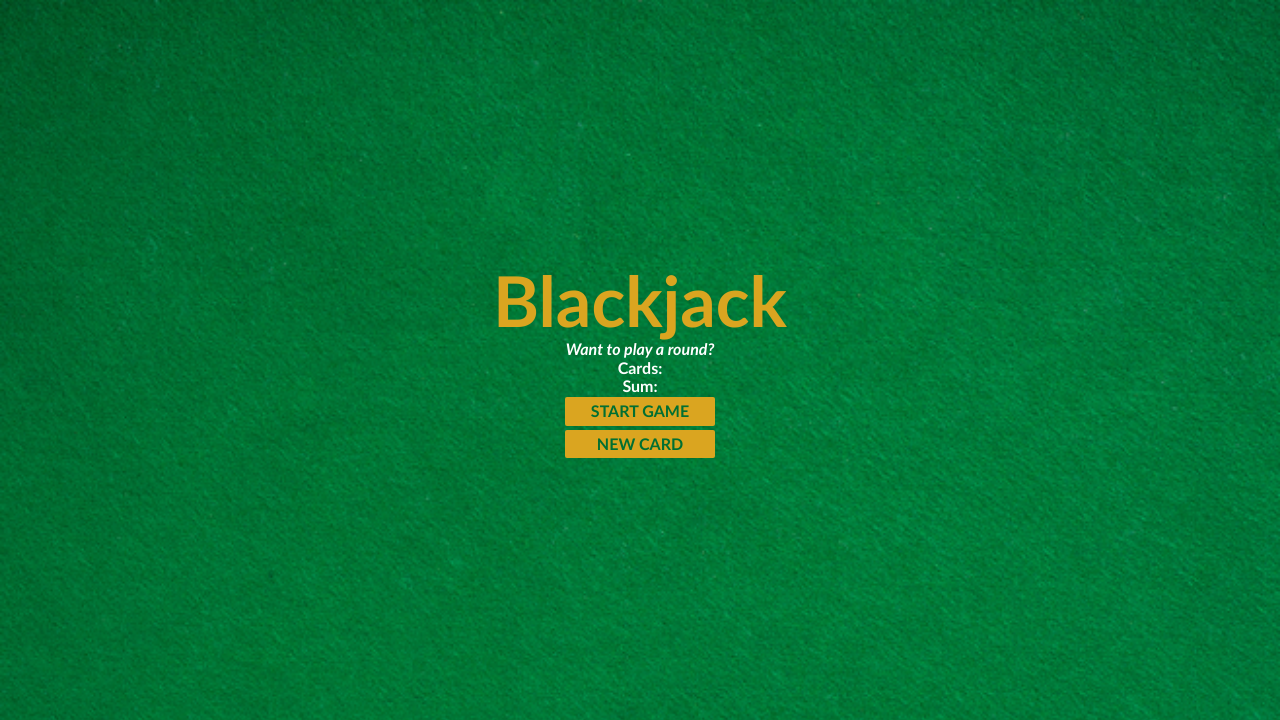
Repository: raghhavv03/javascript-practice
Page: task-5/index.html
These files come from the project's save history. The page is drawn as it stood at one moment and after the next save; the edit follows.
The browser window is 1280 px wide. The pictures show the whole page.

Above is the page before, as saved 2026-02-09 20:48:44.

### task-5/index.html
<!DOCTYPE html>
<html>
    <head>
        <link rel="stylesheet" href="https://cdnjs.cloudflare.com/ajax/libs/normalize/8.0.1/normalize.css">
        <link rel="stylesheet" href="./style.css">
        <script src="./index.js" defer></script>
        <title>Task 5</title>
    </head>
    <body>
        <p id="heading">Blackjack</p>

        <p id="message-el">Want to play a round?</p>
        <p id="cards-el">Cards:</p>
        <p id="sum-el">Sum:</p>

        <button onclick="startGame()">START GAME</button>
        <button onclick="newCard()">NEW CARD</button>

        <p id="player-el"></p>
    </body>
</html>

### task-5/style.css
* {
    margin: 0;
    padding: 0;
    box-sizing: border-box;
}

body {
    font-family: 'Trebuchet MS', 'Lucida Sans Unicode', 'Lucida Grande', Arial, sans-serif;
    background-image: url("images/table.png");
    background-size: cover;
    font-weight: bold;
    color: white;
    display: flex;
    flex-direction: column;
    justify-content: center;
    align-items: center;
    height: 100vh;
}

#heading {
    font-size: 70px;
    color: goldenrod;
}

#message-el {
    font-style: italic;
}

button {
    color: #016f32;
    width: 150px;
    background: goldenrod;
    padding-top: 5px;
    padding-bottom: 5px;
    font-weight: bold;
    border: none;
    border-radius: 2px;
    margin-bottom: 2px;
    margin-top: 2px;
}

### task-5/index.js
const cards = [
  { img: "./images/card-a.png", value: 11 },
  { img: "./images/card-2.png", value: 2 },
  { img: "./images/card-3.png", value: 3 },
  { img: "./images/card-4.png", value: 4 },
  { img: "./images/card-5.png", value: 5 },
  { img: "./images/card-6.png", value: 6 },
  { img: "./images/card-7.png", value: 7 },
  { img: "./images/card-8.png", value: 8 },
  { img: "./images/card-9.png", value: 9 },
  { img: "./images/card-10.png", value: 10 },
  { img: "./images/card-j.png", value: 10 },
  { img: "./images/card-q.png", value: 10 },
  { img: "./images/card-k.png", value: 10 }
]

After the next save:
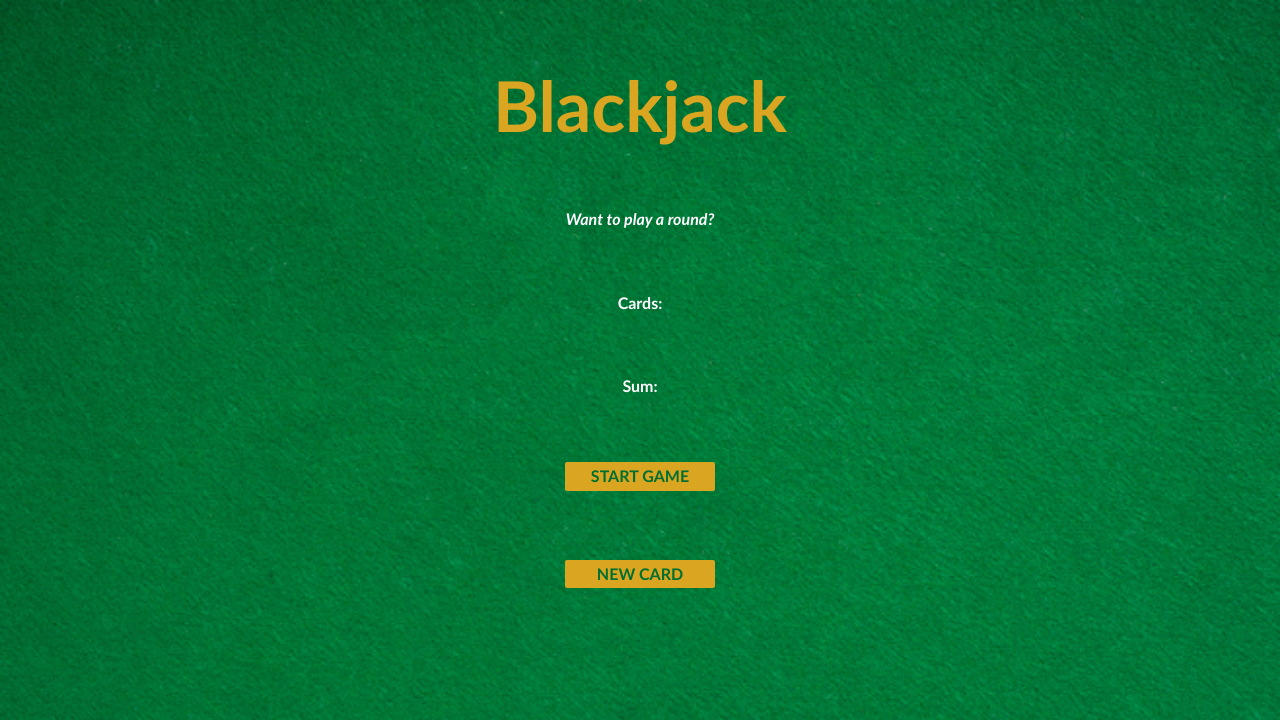
Saved 16 s later.
--- a/task-5/style.css
+++ b/task-5/style.css
@@ -12,7 +12,7 @@ body {
     color: white;
     display: flex;
     flex-direction: column;
-    justify-content: center;
+    justify-content: space-evenly;
     align-items: center;
     height: 100vh;
 }
